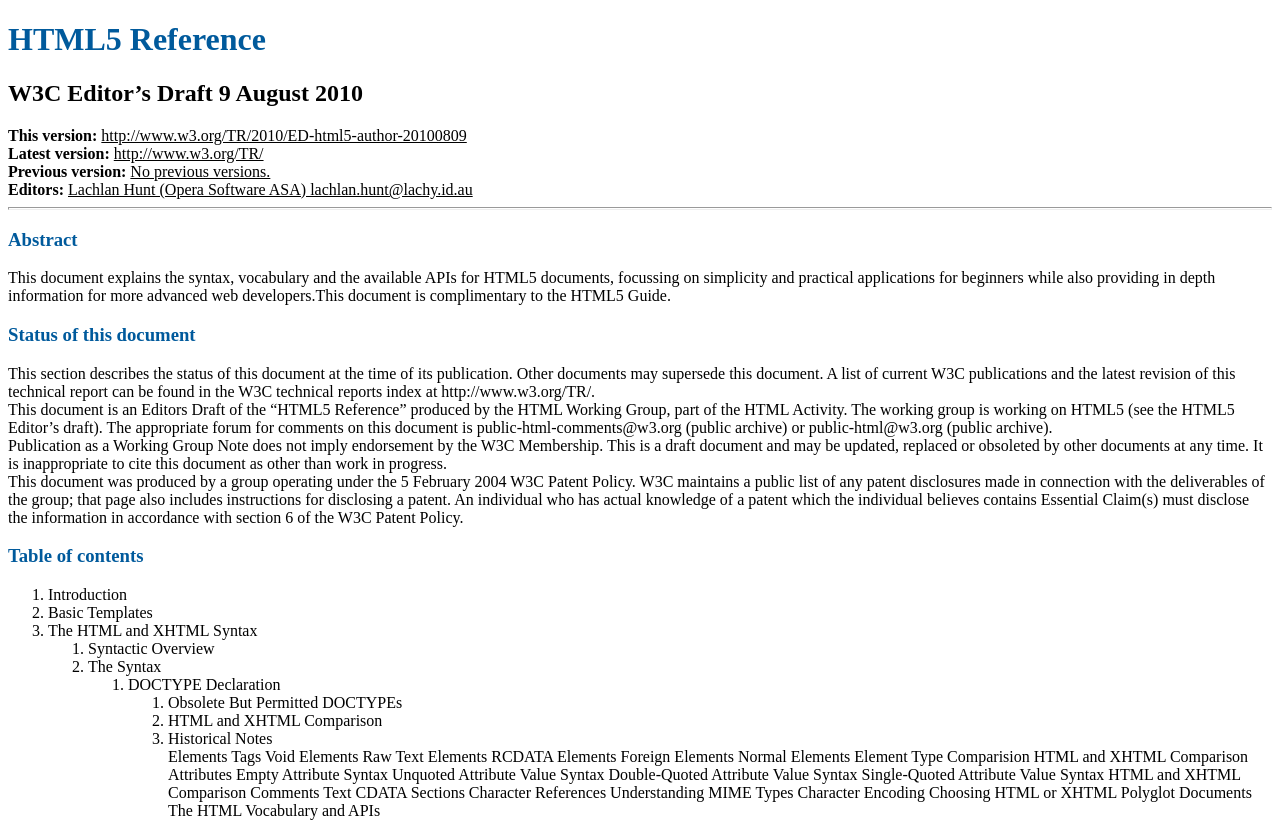
Repository: sinsujung/client
Page: ClientTest/src/main/webapp/문제/ex05.html
These files come from the project's save history. The page is drawn as it stood at one moment and after the next save; the edit follows.
The browser window is 1280 px wide. The pictures show the whole page.

Above is the page before, as saved 2023-09-20 08:27:49.

After the next save:
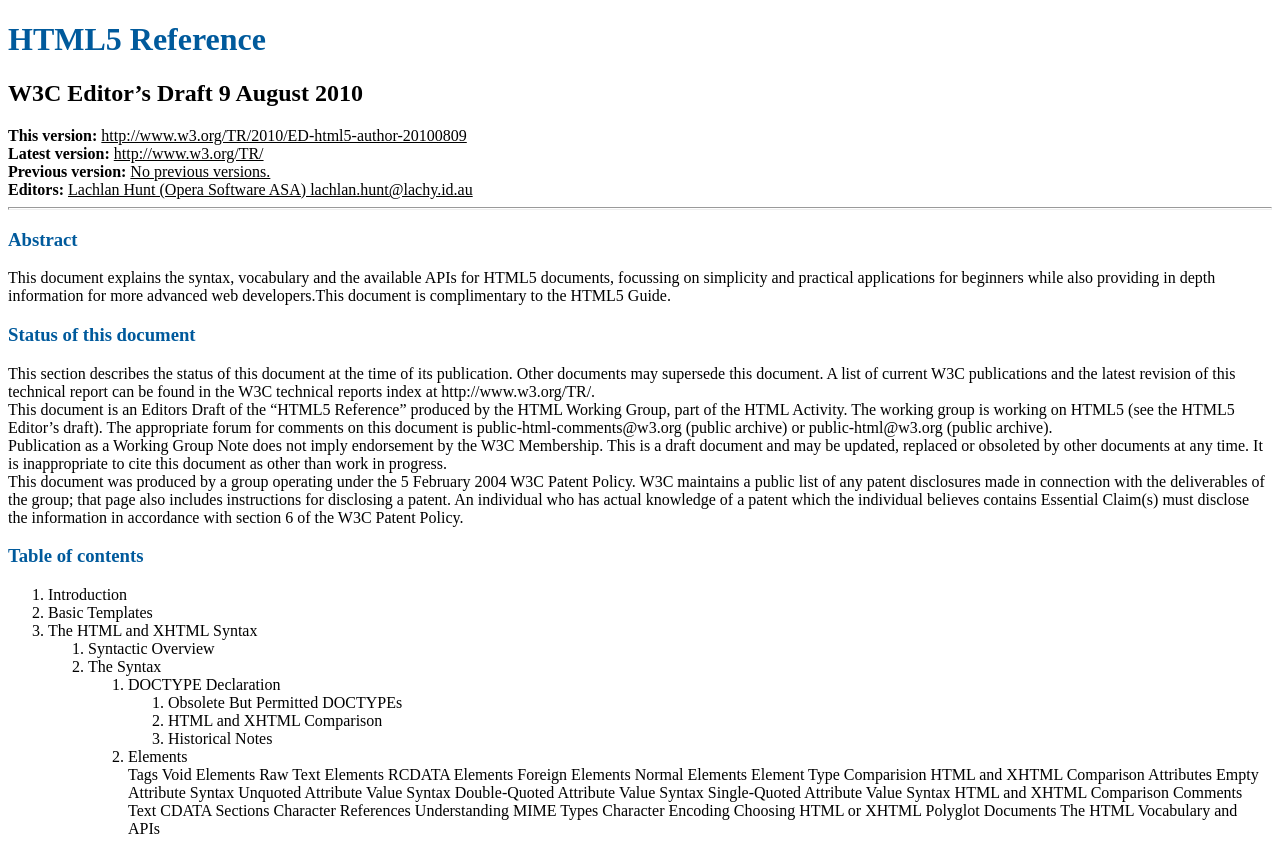
Saved 77 s later.
--- a/ClientTest/src/main/webapp/문제/ex05.html
+++ b/ClientTest/src/main/webapp/문제/ex05.html
@@ -46,7 +46,8 @@ This document was produced by a group operating under the 5 February 2004 W3C Pa
 	<li>Obsolete But Permitted DOCTYPEs</li>
 	<li>HTML and XHTML Comparison</li>
 	<li>Historical Notes</li>
-Elements
+</ol>
+<li>Elements</li>
 Tags
 Void Elements
 Raw Text Elements
